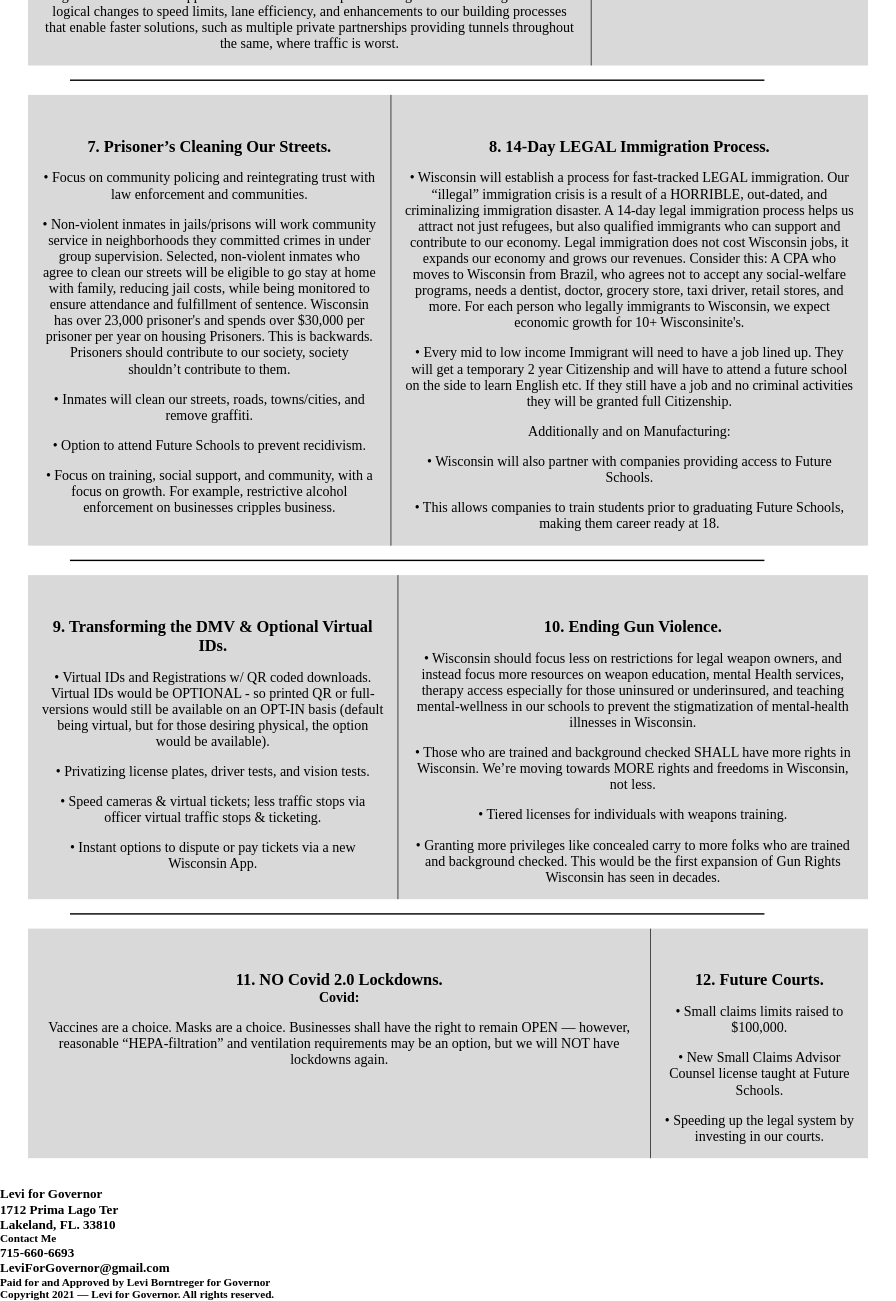
Repository: LeviCB/LeviCB.github.io
Page: index.html
The author's editor kept a record of every edit. The page is drawn from the files as they stood at one moment, then again after the next edit.
The browser window is 1280 px wide. The pictures show the part of the page from y = 2061 to 3981 px (the page is 3920 px tall before and 3981 px after), at 70% of full size.
Some web fonts or font styles are not loaded; a fallback is used. Some web libraries are served in a nearby version.

Above is the page before.
Console error: SyntaxError: Identifier 'head' has already been declared

After the next edit:
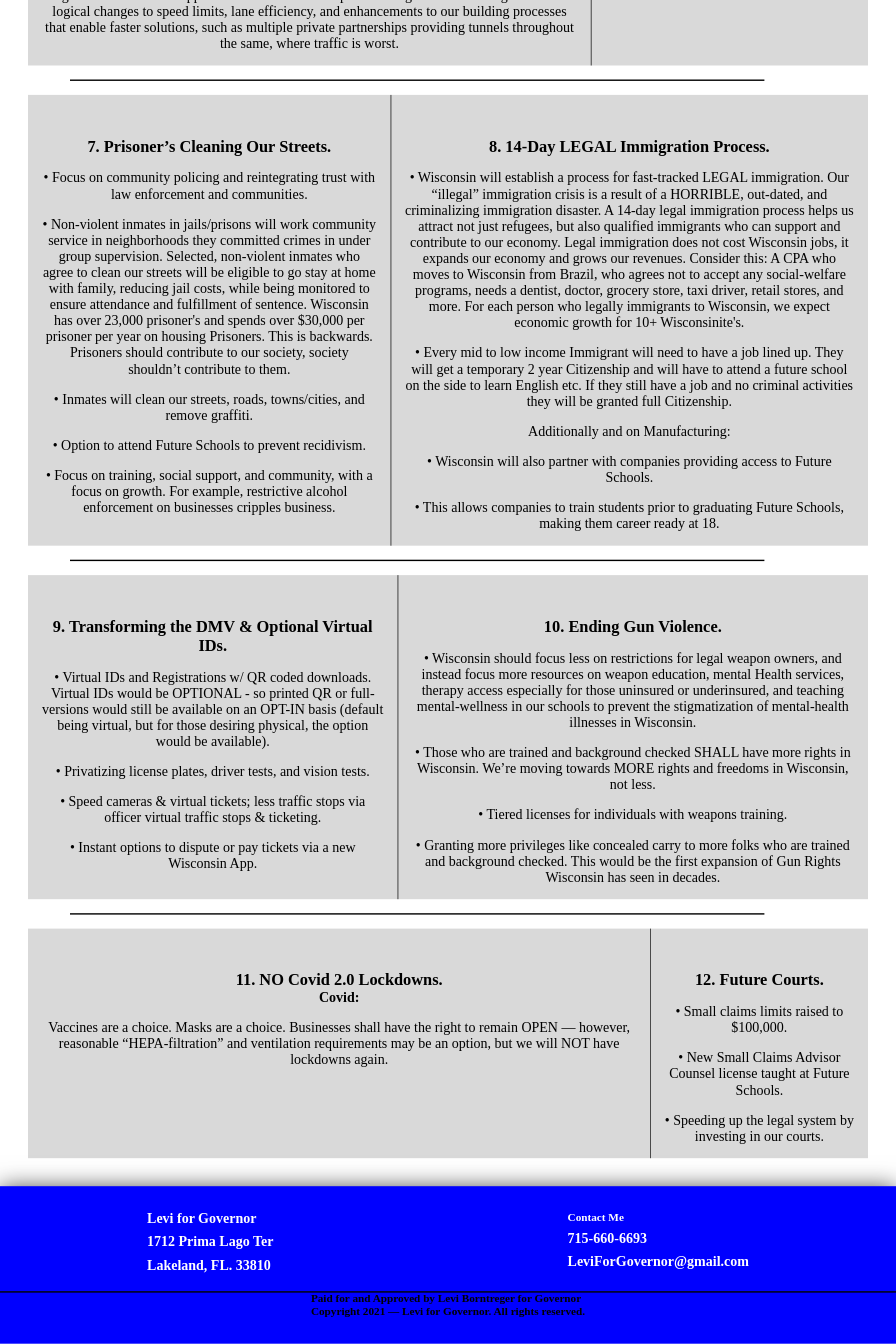
The edit:
--- a/index.html
+++ b/index.html
@@ -9,6 +9,7 @@
   <link type="text/css" rel="stylesheet" href="assets/css/mobile_style.css"/>
   <link type="text/css" rel="stylesheet" href="assets/css/style.css"/>
   <link type="text/css" rel="stylesheet" href="assets/css/body_style.css"/>
+  <link type="text/css" rel="stylesheet" href="assets/css/footer_style.css"/>
 
   <script src="https://use.fontawesome.com/95e29540f7.js"></script>
   <script src="https://kit.fontawesome.com/76e8df320e.js" crossorigin="anonymous"></script>
